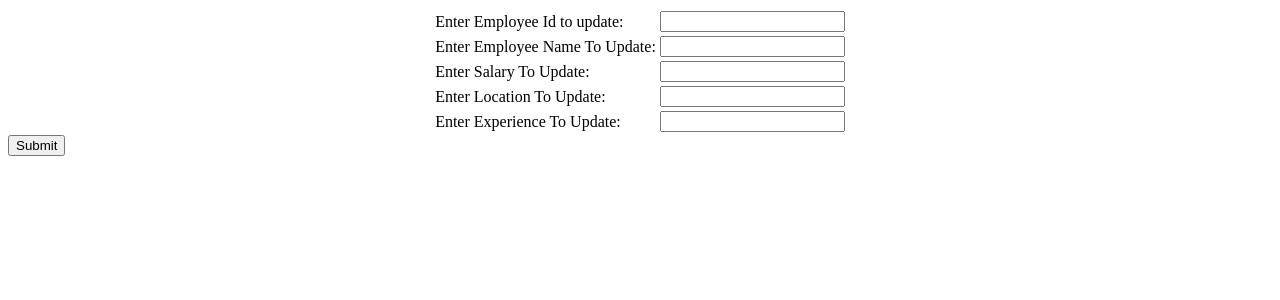
Repository: sravaninallapati1/java1
Page: http://localhost/JSP/update.jsp
These files come from the project's save history. The page is drawn as it stood at one moment and after the next save; the edit follows.
The browser window is 1280 px wide. The pictures show the whole page.
The page is served by Tomcat 9. Other server files are loaded and not shown.

Above is the page before, as saved 2016-12-20 15:31:07.

### JSP/WebContent/update.jsp
<%@ page language="java" contentType="text/html; charset=ISO-8859-1"
    pageEncoding="ISO-8859-1"%>
<!DOCTYPE html PUBLIC "-//W3C//DTD HTML 4.01 Transitional//EN" "http://www.w3.org/TR/html4/loose.dtd">
<html>
<head>
<meta http-equiv="Content-Type" content="text/html; charset=ISO-8859-1">
<title>Insert title here</title>
</head>
<body>
<form action="update" method="post">
<table align="center">
<tr>
      <td>Enter Employee Id to update:</td>
      <td><input type="text" name="employeeId" /></td>
    </tr>

    <tr>
      <td>Enter Employee Name To Update:</td>
      <td><input type="text" name="employeeName" /></td>
    </tr>

    <tr>
      <td>Enter Salary To Update:</td>
      <td><input type="number" name="employeeSalary" /></td>
    </tr>
     <tr>
      <td>Enter Location To Update:</td>
      <td><input type="text" name="employeeLocation" /></td>
    </tr>
    <tr>
      <td>Enter Experience To Update:</td>
      <td><input type="number" name="employeeExp" /></td>
    </tr>
</table>
<input type="submit" value="Submit">
</form>

</body>
</html>

After the next save:
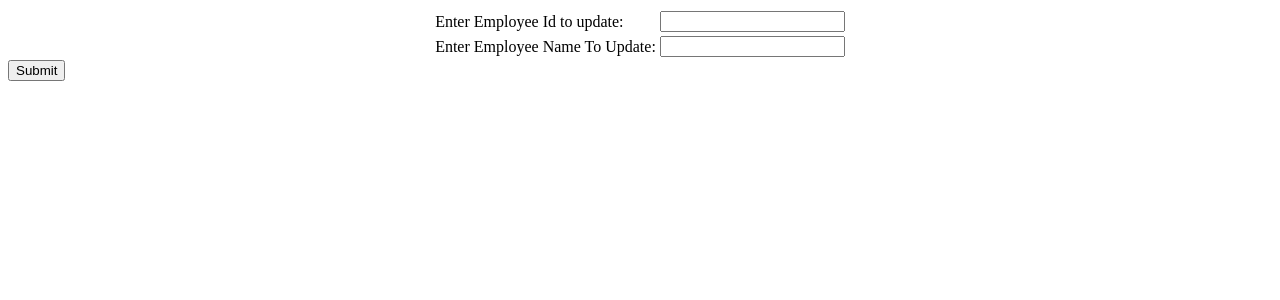
Saved 15 s later.
--- a/JSP/WebContent/update.jsp
+++ b/JSP/WebContent/update.jsp
@@ -19,7 +19,7 @@
       <td><input type="text" name="employeeName" /></td>
     </tr>
 
-    <tr>
+   <!--  <tr>
       <td>Enter Salary To Update:</td>
       <td><input type="number" name="employeeSalary" /></td>
     </tr>
@@ -30,7 +30,7 @@
     <tr>
       <td>Enter Experience To Update:</td>
       <td><input type="number" name="employeeExp" /></td>
-    </tr>
+    </tr> -->
 </table>
 <input type="submit" value="Submit">
 </form>

After the save that followed:
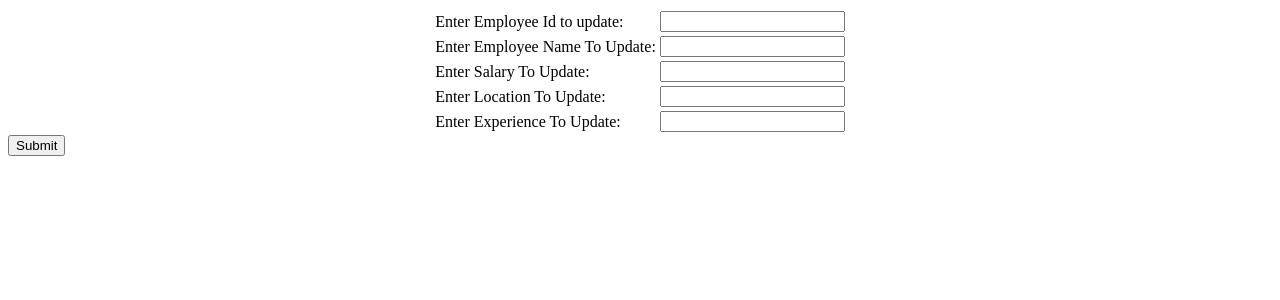
Saved 8 min 15 s later.
--- a/JSP/WebContent/update.jsp
+++ b/JSP/WebContent/update.jsp
@@ -19,7 +19,7 @@
       <td><input type="text" name="employeeName" /></td>
     </tr>
 
-   <!--  <tr>
+     <tr>
       <td>Enter Salary To Update:</td>
       <td><input type="number" name="employeeSalary" /></td>
     </tr>
@@ -30,7 +30,7 @@
     <tr>
       <td>Enter Experience To Update:</td>
       <td><input type="number" name="employeeExp" /></td>
-    </tr> -->
+    </tr>
 </table>
 <input type="submit" value="Submit">
 </form>
